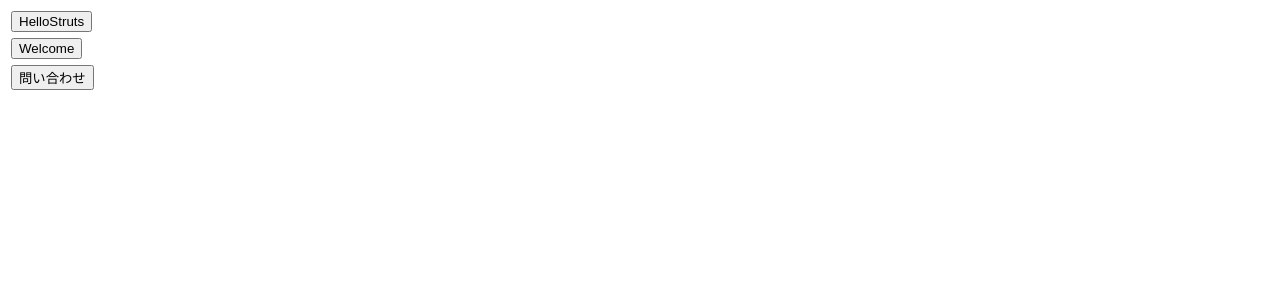
Repository: kazutoshiyamamoto0909/test
Page: http://localhost/WebProj2/
These files come from the project's save history. The page is drawn as it stood at one moment and after the next save; the edit follows.
The browser window is 1280 px wide. The pictures show the whole page.
The page is served by Tomcat 9. Other server files are loaded and not shown.

Above is the page before, as saved 2018-08-31 01:42:07.

### WebProj2/WebContent/index.jsp
<%@ page language="java" contentType="text/html; charset=UTF-8"
	pageEncoding="UTF-8"%>
<%@ taglib prefix="s" uri="/struts-tags"%>
<!DOCTYPE html>
<html>
<head>
<meta charset="utf-8">
<title>INDEX</title>
</head>
<body>

	<s:form action="HelloStrutsAction">
		<s:submit value="HelloStruts" />
	</s:form>

	<s:form action="WelcomeAction">
		<s:submit value="Welcome" />
	</s:form>

	<s:form action="InquiryAction">
		<s:submit value="問い合わせ" />
	</s:form>

</body>
</html>

After the next save:
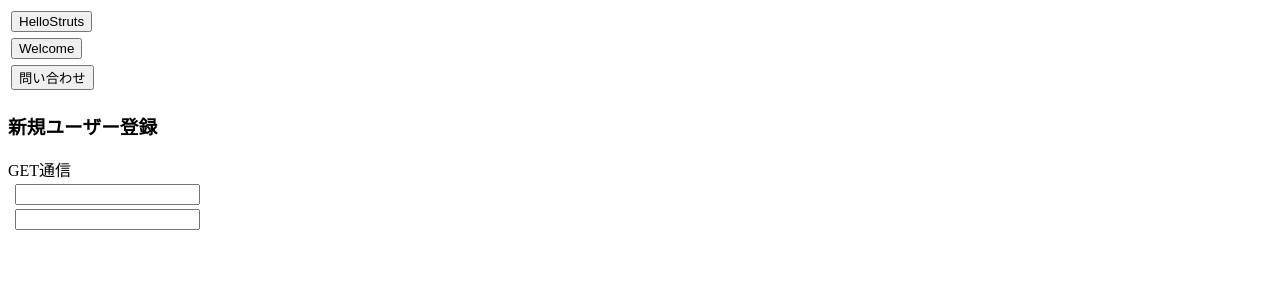
Saved 8 min 19 s later.
--- a/WebProj2/WebContent/index.jsp
+++ b/WebProj2/WebContent/index.jsp
@@ -21,5 +21,14 @@
 		<s:submit value="問い合わせ" />
 	</s:form>
 
+	<h3>新規ユーザー登録</h3>
+
+	GET通信
+	<s:form method="get" action="TestAction">
+	<s:textfield name="username"/>
+	<s:password name="password"/>
+
+	</s:form>
+
 </body>
 </html>
